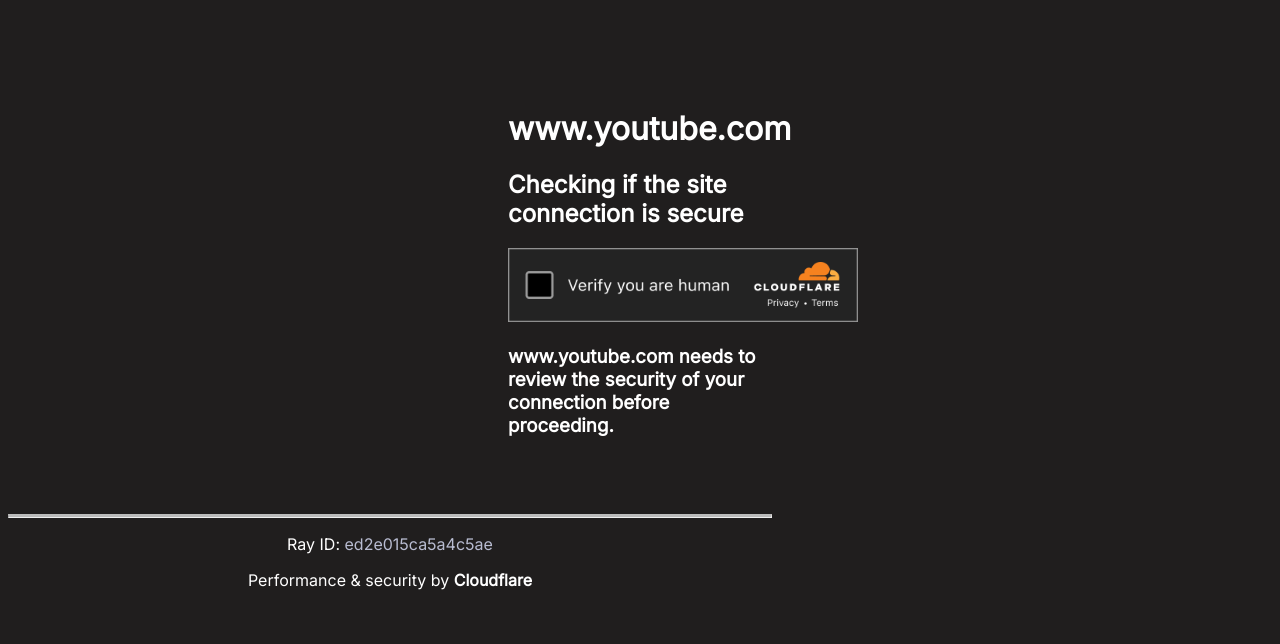
Repository: estech321/CAPTCHA-RickRoll
Page: index.html
These files come from the project's save history. The page is drawn as it stood at one moment and after the next save; the edit follows.
The browser window is 1280 px wide. The pictures show the whole page.

Above is the page before, as saved 2023-12-29 23:48:58.

### index.html
<!DOCTYPE html>
<html>
<head>
    <meta charset="UTF-8" />
    <title>Just a moment...</title>
    <link rel="preconnect" href="https://fonts.googleapis.com">
    <link rel="preconnect" href="https://fonts.gstatic.com" crossorigin>
    <link href="https://fonts.googleapis.com/css2?family=Inter&display=swap" rel="stylesheet">
    <style>
        body {
            font-family: 'Inter', sans-serif;
            color: rgb(255, 255, 255);
            background-color: #201E1E;
        }
        main {
            padding-top: 80px;
            padding-right: 500px;
            padding-bottom: 50px;
            padding-left: 500px;
        }
        footer {
            padding-right: 500px;

        }
        blue {
            color: #B8BCD1;
        }
        /* Solid border */
        hr.solid {
        border-top: 3px solid #bbb;
        }
    </style>
</head>
<body>
    <main>
        <h1>www.youtube.com</h1>
        <h2>Checking if the site connection is secure</h2>
        <a href="https://bit.ly/rryt"><img src="verify.png" width="350" height="auto"/></a>
        <h3>www.youtube.com needs to review the security of your connection before proceeding.</h3>
    </main>
    <footer>
        <center>
            <hr class="solid">
            <p>Ray ID: <blue>ed2e015ca5a4c5ae</blue></p>
            <p>Performance & security by <strong>Cloudflare</strong></p>
        </center>
    </footer>
</body>
</html>

After the next save:
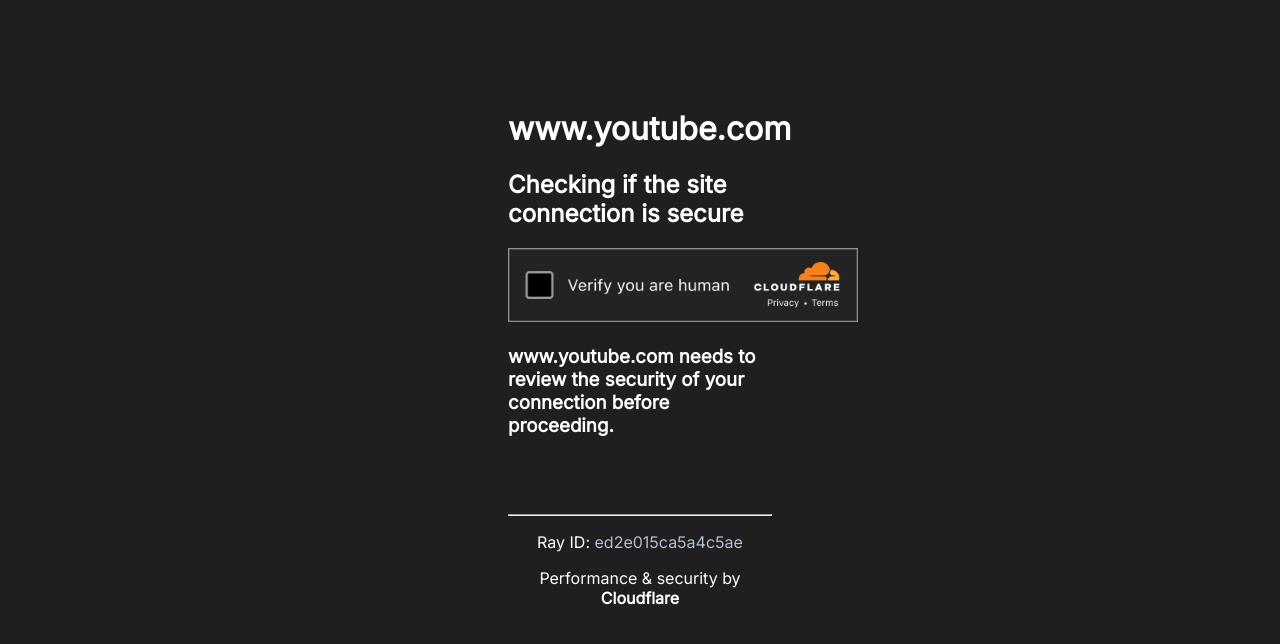
Saved 22 s later.
--- a/index.html
+++ b/index.html
@@ -20,14 +20,14 @@
         }
         footer {
             padding-right: 500px;
-
+            padding-left: 500px;
         }
         blue {
             color: #B8BCD1;
         }
         /* Solid border */
         hr.solid {
-        border-top: 3px solid #bbb;
+        border-top: rpx solid #bbb;
         }
     </style>
 </head>
